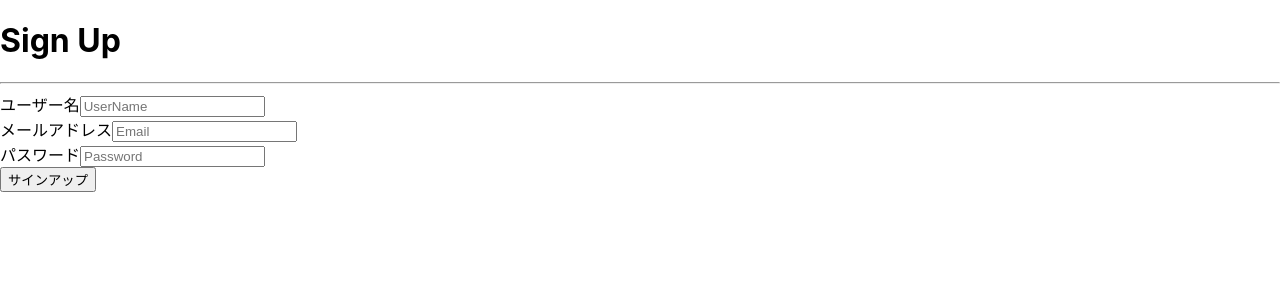
Repository: tosaken1116/Backs-of-seniors-hackathon
Page: /components/SignUpModal
An editor plug-in stored every save of this project. The page is shown before and after the next save, followed by the edit.
The browser window is 1280 px wide. The pictures show the whole page.
The project was rebuilt for these pictures with package versions that can differ from the ones it lists, and the page was loaded fresh each time. The framework's server and built-in components were replaced by stand-ins that run in the browser. Also part of the build but not shown: next.config.js.

Above is the page before, as saved 2022-07-16 15:08:35.

### pages/_document.js
import Document, { Head, Html, Main, NextScript } from 'next/document'

class MyDocument extends Document {
  render() {
    return (
      <Html>
        <Head>
          <link
            href="https://fonts.googleapis.com/css2?family=Inter&display=optional"
            rel="stylesheet"
          />
        </Head>
        <body>
          <Main />
          <NextScript />
        </body>
      </Html>
    )
  }
}

export default MyDocument

### pages/components/SignUpModal.tsx
import { useState } from "react";
export default function SignInModal() {
    type loginElement = {
        username: string;
        email: string;
        password: string;
    };
    const initialValues = { username: "", email: "", password: "" };
    const [formValues, setFormValues] = useState<loginElement>(initialValues);
    const [formErrors, setFormErrors] = useState<loginElement>(initialValues);

    const handleChange = (event) => {
        // console.log(event.target.value);
        const { name, value } = event.target;
        setFormValues({ ...formValues, [name]: value });
    };

    const handleSubmit = (event) => {
        event.preventDefault();
        //ログイン情報の送信
        //バリデーションチェック
        setFormErrors(validate(formValues));
        console.log(formErrors);
    };

    const validate = (values) => {
        const errors: loginElement = initialValues;
        if (!values.username) {
            errors.username = "ユーザー名を入力してください";
        }
        if (!values.email) {
            errors.email = "メールアドレスを入力してください";
        }
        if (!values.password) {
            errors.password = "パスワードを入力してください";
        } else if (values.password.length < 4) {
            errors.password =
                "4文字以上15文字以下のパスワードを入力してください";
        } else if (values.password.length > 15) {
            errors.password =
                "4文字以上15文字以下のパスワードを入力してください";
        }
        console.log(errors);
        return errors;
    };

    return (
        <div className="formcontainer">
            <form onSubmit={(event) => handleSubmit(event)}>
                <h1>Sign Up</h1>
                <hr />
                <div className="uiForm">
                    <div className="formField">
                        <label>ユーザー名</label>
                        <input
                            type="text"
                            placeholder="UserName"
                            name="username"
                            onChange={(event) => handleChange(event)}
                        />
                        <div>{formErrors.username}</div>
                    </div>
                    <div className="formField">
                        <label>メールアドレス</label>
                        <input
                            type="text"
                            placeholder="Email"
                            name="email"
                            onChange={(event) => handleChange(event)}
                        />
                        <div>{formErrors.email}</div>
                    </div>
                    <div className="formField">
                        <label>パスワード</label>
                        <input
                            type="text"
                            placeholder="Password"
                            name="password"
                            onChange={(event) => handleChange(event)}
                        />
                    </div>
                    <div>{formErrors.password}</div>

                    <button className="SubmitButton" type="submit">
                        サインアップ
                    </button>
                </div>
            </form>
        </div>
    );
}

Loaded but not shown: pages/_app.js (common file); styles/globals.css (common file)

After the next save:
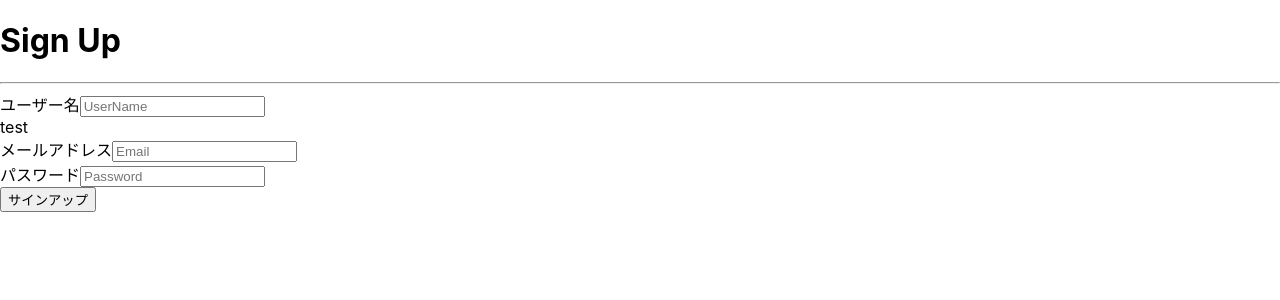
Saved 2 min 32 s later.
--- a/pages/components/SignUpModal.tsx
+++ b/pages/components/SignUpModal.tsx
@@ -5,7 +5,7 @@
         email: string;
         password: string;
     };
-    const initialValues = { username: "", email: "", password: "" };
+    const initialValues = { username: "test", email: "", password: "" };
     const [formValues, setFormValues] = useState<loginElement>(initialValues);
     const [formErrors, setFormErrors] = useState<loginElement>(initialValues);
 

After the save that followed:
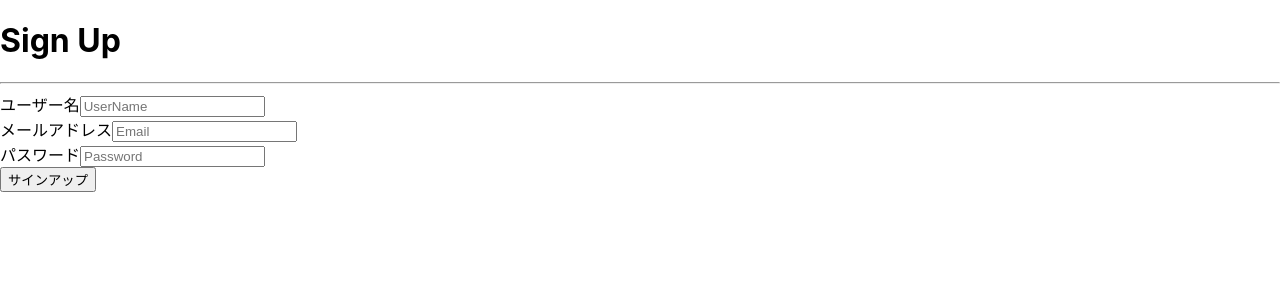
Saved 77 s later.
--- a/pages/components/SignUpModal.tsx
+++ b/pages/components/SignUpModal.tsx
@@ -5,7 +5,7 @@
         email: string;
         password: string;
     };
-    const initialValues = { username: "test", email: "", password: "" };
+    let initialValues = { username: "", email: "", password: "" };
     const [formValues, setFormValues] = useState<loginElement>(initialValues);
     const [formErrors, setFormErrors] = useState<loginElement>(initialValues);
 
